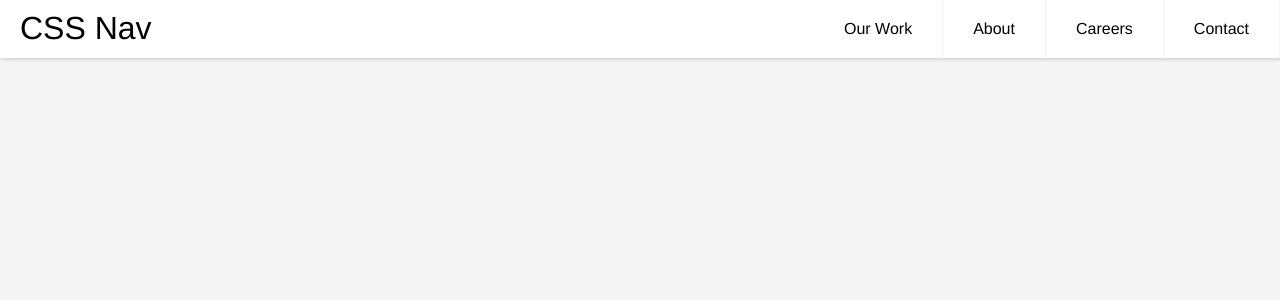
Repository: Michelhof1978/hamburger
Page: index.html
An editor plug-in stored every save of this project. The page is shown before and after the next save, followed by the edit.
The browser window is 1280 px wide. The pictures show the whole page.

Above is the page before, as saved 2022-11-07 19:16:20.
Not found: script.js

### index.html
<header class="header">
    <a href="" class="logo">CSS Nav</a>
    <input class="menu-btn" type="checkbox" id="menu-btn" />
    <label class="menu-icon" for="menu-btn"><span class="navicon"></span></label>
    <ul class="menu">
      <li><a href="#work">Our Work</a></li>
      <li><a href="#about">About</a></li>
      <li><a href="#careers">Careers</a></li>
      <li><a href="#contact">Contact</a></li>
    </ul>
  </header><header class="header">
    <a href="" class="logo">CSS Nav</a>
    <input class="menu-btn" type="checkbox" id="menu-btn" />
    <label class="menu-icon" for="menu-btn"><span class="navicon"></span></label>
    <ul class="menu">
      <li><a href="#work">Our Work</a></li>
      <li><a href="#about">About</a></li>
      <li><a href="#careers">Careers</a></li>
      <li><a href="#contact">Contact</a></li>
    </ul>
  </header>
  <!doctype html>
<html lang="fr">
<head>
  <meta charset="utf-8">
  <title>Titre de la page</title>
  <link rel="stylesheet" href="style.css">
  <script src="script.js"></script>
</head>
<body>
  ...
  <!-- Le reste du contenu -->
  ...
</body>
</html>

### style.css
body {
    margin: 0;
    font-family: Helvetica, sans-serif;
    background-color: #f4f4f4;
  }

  a {
    color: #000;
  }

  /* header */

  .header {
    background-color: #fff;
    box-shadow: 1px 1px 4px 0 rgba(0,0,0,.1);
    position: fixed;
    width: 100%;
    z-index: 3;
  }

  .header ul {
    margin: 0;
    padding: 0;
    list-style: none;
    overflow: hidden;
    background-color: #fff;
  }

  .header li a {
    display: block;
    padding: 20px 20px;
    border-right: 1px solid #f4f4f4;
    text-decoration: none;
  }

  .header li a:hover,
  .header .menu-btn:hover {
    background-color: #f4f4f4;
  }

  .header .logo {
    display: block;
    float: left;
    font-size: 2em;
    padding: 10px 20px;
    text-decoration: none;
  }

  /* menu */

  .header .menu {
    clear: both;
    max-height: 0;
    transition: max-height .2s ease-out;
  }

  /* menu icon */

  .header .menu-icon {
    cursor: pointer;
    display: inline-block;
    float: right;
    padding: 28px 20px;
    position: relative;
    user-select: none;
  }

  .header .menu-icon .navicon {
    background: #333;
    display: block;
    height: 2px;
    position: relative;
    transition: background .2s ease-out;
    width: 18px;
  }

  .header .menu-icon .navicon:before,
  .header .menu-icon .navicon:after {
    background: #333;
    content: '';
    display: block;
    height: 100%;
    position: absolute;
    transition: all .2s ease-out;
    width: 100%;
  }

  .header .menu-icon .navicon:before {
    top: 5px;
  }

  .header .menu-icon .navicon:after {
    top: -5px;
  }

  /* menu btn */

  .header .menu-btn {
    display: none;
  }

  .header .menu-btn:checked ~ .menu {
    max-height: 240px;
  }

  .header .menu-btn:checked ~ .menu-icon .navicon {
    background: transparent;
  }

  .header .menu-btn:checked ~ .menu-icon .navicon:before {
    transform: rotate(-45deg);
  }

  .header .menu-btn:checked ~ .menu-icon .navicon:after {
    transform: rotate(45deg);
  }

  .header .menu-btn:checked ~ .menu-icon:not(.steps) .navicon:before,
  .header .menu-btn:checked ~ .menu-icon:not(.steps) .navicon:after {
    top: 0;
  }

  /* 48em = 768px */

  @media (min-width: 48em) {
    .header li {
      float: left;
    }
    .header li a {
      padding: 20px 30px;
    }
    .header .menu {
      clear: none;
      float: right;
      max-height: none;
    }
    .header .menu-icon {
      display: none;
    }
  }

After the next save:
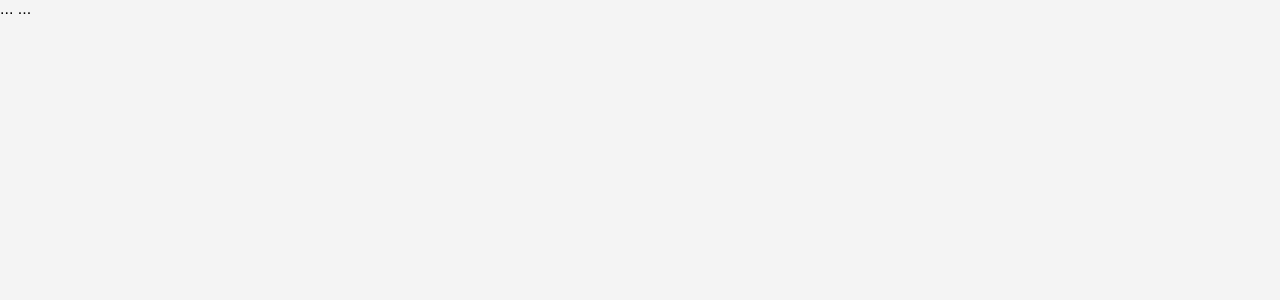
Saved 14 s later.
--- a/index.html
+++ b/index.html
@@ -1,24 +1,4 @@
-<header class="header">
-    <a href="" class="logo">CSS Nav</a>
-    <input class="menu-btn" type="checkbox" id="menu-btn" />
-    <label class="menu-icon" for="menu-btn"><span class="navicon"></span></label>
-    <ul class="menu">
-      <li><a href="#work">Our Work</a></li>
-      <li><a href="#about">About</a></li>
-      <li><a href="#careers">Careers</a></li>
-      <li><a href="#contact">Contact</a></li>
-    </ul>
-  </header><header class="header">
-    <a href="" class="logo">CSS Nav</a>
-    <input class="menu-btn" type="checkbox" id="menu-btn" />
-    <label class="menu-icon" for="menu-btn"><span class="navicon"></span></label>
-    <ul class="menu">
-      <li><a href="#work">Our Work</a></li>
-      <li><a href="#about">About</a></li>
-      <li><a href="#careers">Careers</a></li>
-      <li><a href="#contact">Contact</a></li>
-    </ul>
-  </header>
+
   <!doctype html>
 <html lang="fr">
 <head>

After the save that followed:
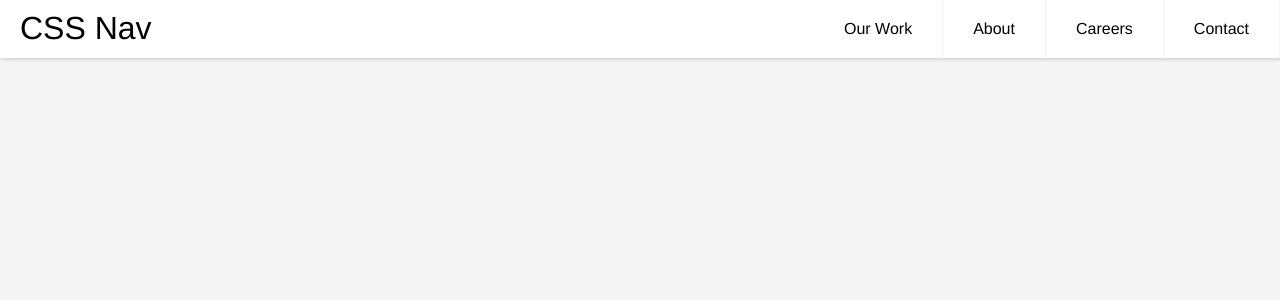
Saved 8 s later.
--- a/index.html
+++ b/index.html
@@ -8,8 +8,26 @@
   <script src="script.js"></script>
 </head>
 <body>
-  ...
-  <!-- Le reste du contenu -->
-  ...
+    <header class="header">
+        <a href="" class="logo">CSS Nav</a>
+        <input class="menu-btn" type="checkbox" id="menu-btn" />
+        <label class="menu-icon" for="menu-btn"><span class="navicon"></span></label>
+        <ul class="menu">
+          <li><a href="#work">Our Work</a></li>
+          <li><a href="#about">About</a></li>
+          <li><a href="#careers">Careers</a></li>
+          <li><a href="#contact">Contact</a></li>
+        </ul>
+      </header><header class="header">
+        <a href="" class="logo">CSS Nav</a>
+        <input class="menu-btn" type="checkbox" id="menu-btn" />
+        <label class="menu-icon" for="menu-btn"><span class="navicon"></span></label>
+        <ul class="menu">
+          <li><a href="#work">Our Work</a></li>
+          <li><a href="#about">About</a></li>
+          <li><a href="#careers">Careers</a></li>
+          <li><a href="#contact">Contact</a></li>
+        </ul>
+      </header>
 </body>
 </html>
